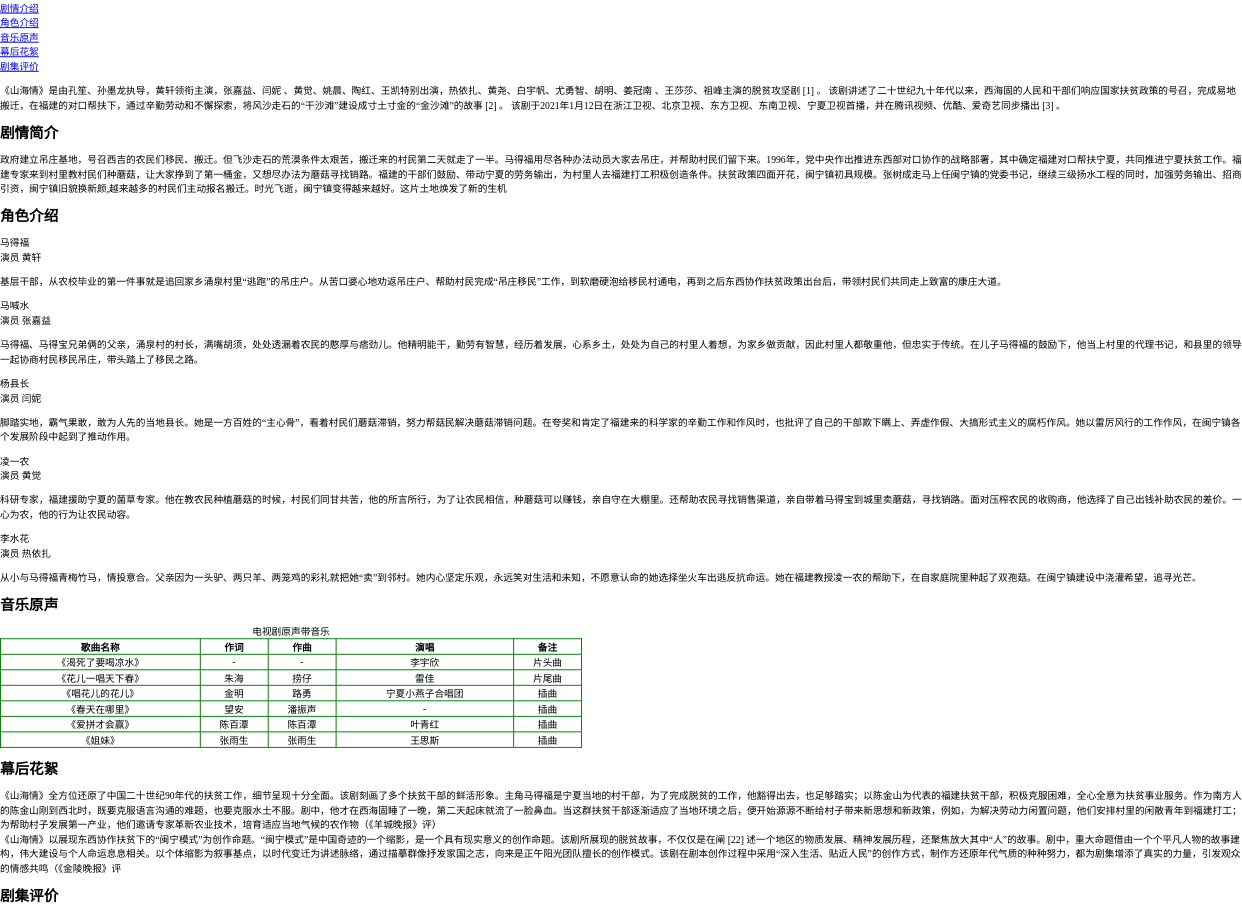
Repository: Lixianlai-2/static-website
Page: index.html
These files come from the project's save history. The page is drawn as it stood at one moment and after the next save; the edit follows.
The browser window is 1280 px wide. The pictures show the whole page, at 97% of full size.

Above is the page before, as saved 2021-11-30 20:40:17.

After the next save:
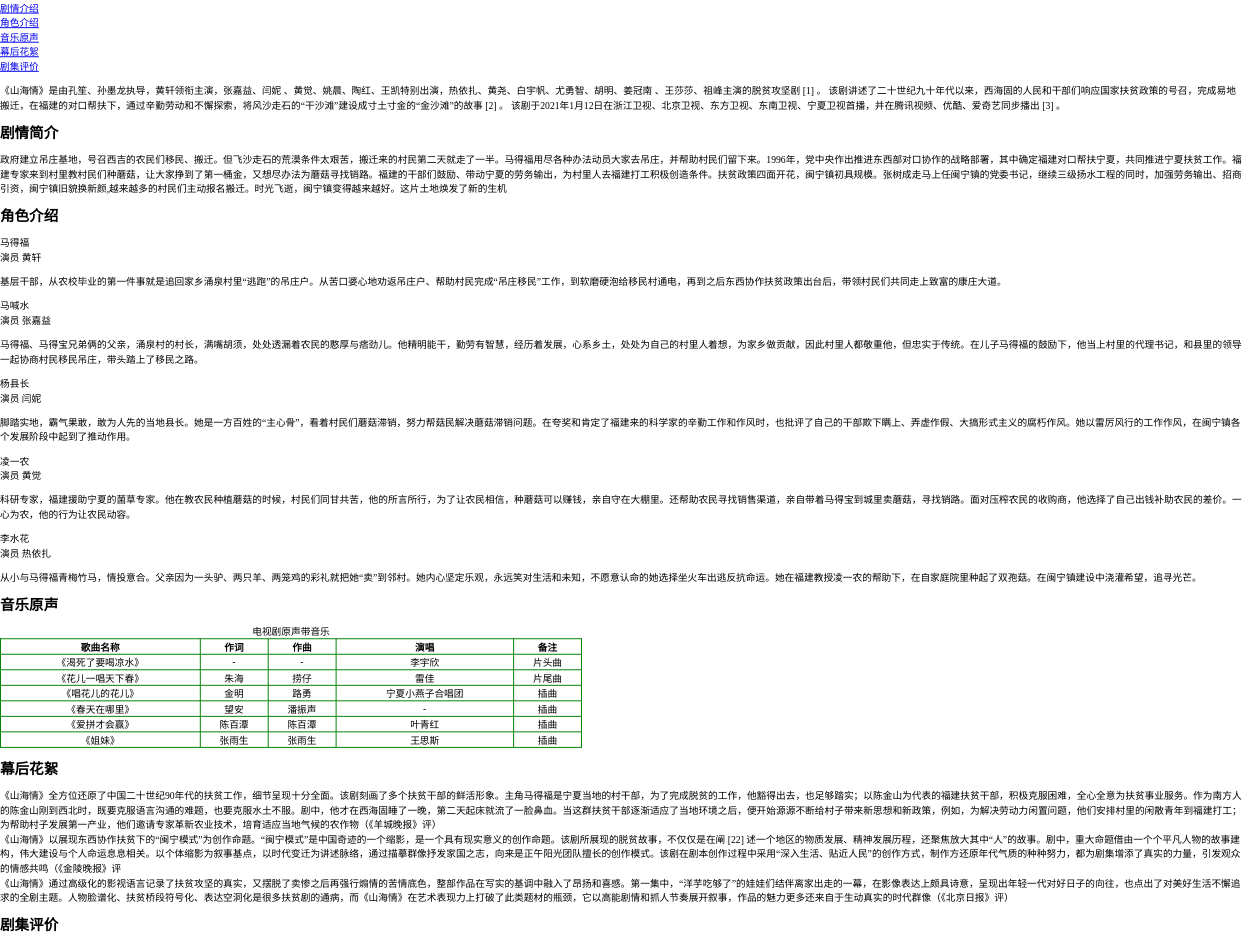
Saved 7 s later.
--- a/index.html
+++ b/index.html
@@ -239,7 +239,9 @@
       [22]
       述一个地区的物质发展、精神发展历程，还聚焦放大其中“人”的故事。剧中，重大命题借由一个个平凡人物的故事建构，伟大建设与个人命运息息相关。以个体缩影为叙事基点，以时代变迁为讲述脉络，通过描摹群像抒发家国之志，向来是正午阳光团队擅长的创作模式。该剧在剧本创作过程中采用“深入生活、贴近人民”的创作方式，制作方还原年代气质的种种努力，都为剧集增添了真实的力量，引发观众的情感共鸣（《金陵晚报》评
     </div>
-    <div></div>
+    <div>
+      《山海情》通过高级化的影视语言记录了扶贫攻坚的真实，又摆脱了卖惨之后再强行煽情的苦情底色，整部作品在写实的基调中融入了昂扬和喜感。第一集中，“洋芋吃够了”的娃娃们结伴离家出走的一幕，在影像表达上颇具诗意，呈现出年轻一代对好日子的向往，也点出了对美好生活不懈追求的全剧主题。人物脸谱化、扶贫桥段符号化、表达空洞化是很多扶贫剧的通病，而《山海情》在艺术表现力上打破了此类题材的瓶颈，它以高能剧情和抓人节奏展开叙事，作品的魅力更多还来自于生动真实的时代群像（《北京日报》评）
+    </div>
     <h2 id="Evaluation">剧集评价</h2>
   </body>
 </html>
